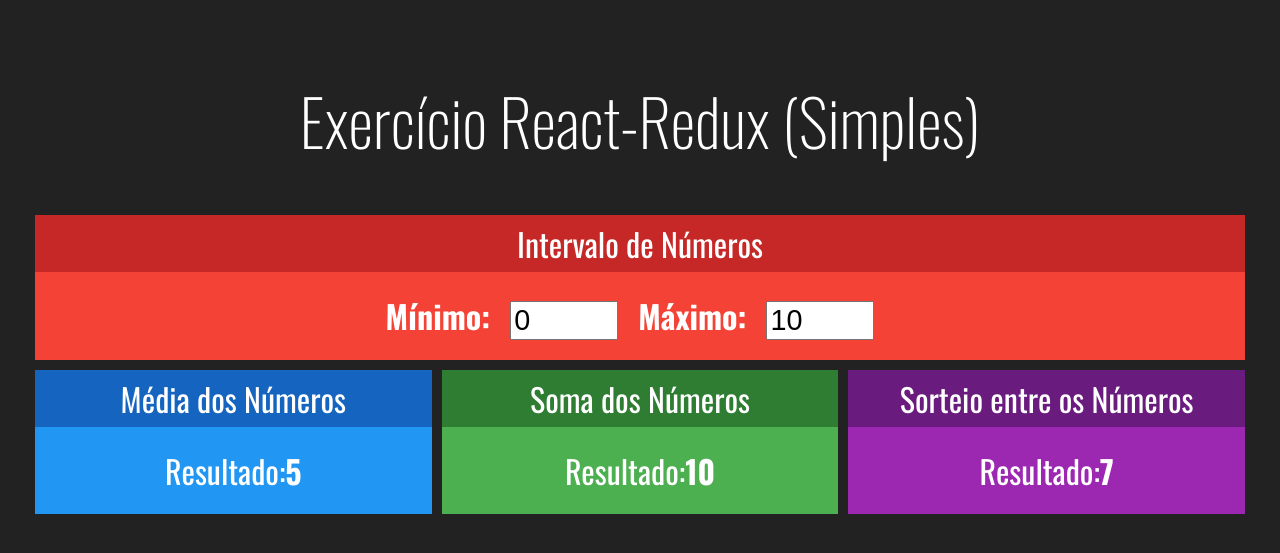
Repository: WellysonP/testando-react-redux
Page: /
An editor plug-in stored every save of this project. The page is shown before and after the next save, followed by the edit.
The browser window is 1280 px wide. The pictures show the whole page.
The project was rebuilt for these pictures with package versions that can differ from the ones it lists, and the page was loaded fresh each time.

Above is the page before, as saved 2023-01-12 18:20:48.

### public/index.html
<!DOCTYPE html>
<html lang="en">
  <head>
    <link rel="preconnect" href="https://fonts.googleapis.com">
<link rel="preconnect" href="https://fonts.gstatic.com" crossorigin>
<link href="https://fonts.googleapis.com/css2?family=Oswald:wght@200;300;400;500;600;700&display=swap" rel="stylesheet">
    <meta charset="utf-8" />
    <link rel="icon" href="%PUBLIC_URL%/favicon.ico" />
    <meta name="viewport" content="width=device-width, initial-scale=1" />
    <meta name="theme-color" content="#000000" />
    <meta
      name="description"
      content="Web site created using create-react-app"
    />
    <link rel="apple-touch-icon" href="%PUBLIC_URL%/logo192.png" />
    <!--
      manifest.json provides metadata used when your web app is installed on a
      user's mobile device or desktop. See https://developers.google.com/web/fundamentals/web-app-manifest/
    -->
    <link rel="manifest" href="%PUBLIC_URL%/manifest.json" />
    <!--
      Notice the use of %PUBLIC_URL% in the tags above.
      It will be replaced with the URL of the `public` folder during the build.
      Only files inside the `public` folder can be referenced from the HTML.

      Unlike "/favicon.ico" or "favicon.ico", "%PUBLIC_URL%/favicon.ico" will
      work correctly both with client-side routing and a non-root public URL.
      Learn how to configure a non-root public URL by running `npm run build`.
    -->
    <title>React App</title>
  </head>
  <body>
    <noscript>You need to enable JavaScript to run this app.</noscript>
    <div id="root"></div>
    <!--
      This HTML file is a template.
      If you open it directly in the browser, you will see an empty page.

      You can add webfonts, meta tags, or analytics to this file.
      The build step will place the bundled scripts into the <body> tag.

      To begin the development, run `npm start` or `yarn start`.
      To create a production bundle, use `npm run build` or `yarn build`.
    -->
  </body>
</html>

### src/index.css
body{
  background-color: #222;
  font-size: 2rem;
  font-family: Oswald;
  color: #fff;
  margin: 30px;
}

### src/App.js
import './App.css';
import Intervalo from './components/Intervalo';
import Media from './components/Media';
import Soma from './components/Soma';
import Sorteio from './components/Sorteio';

function App() {
  return (
    <div className="App">
      <h1>Exercício React-Redux (Simples)</h1>
      <div className='linha'>
        <Intervalo></Intervalo>
      </div>
      <div className='linha'>
        <Media minimo={1} maximo={10}></Media>
        <Soma minimo={1} maximo={10}></Soma>
        <Sorteio minimo={1} maximo={10}></Sorteio>
      </div>
    </div>
  );
}

export default App;

### src/App.css
.App{
  display: flex;
  flex-direction: column;
  text-align: center;
}

h1{
  font-weight: 200;
}

.linha{
  display: flex;
}

### src/components/Intervalo.jsx
import Card from "./Card"
import "./Intervalo.css"


export default props => {
    return (
        <Card title="Intervalo de Números" red>
            <div className="Intervalo">
                <span>
                    <strong>Mínimo:</strong>
                    <input type="number" value={0} />
                </span>
                <span>
                    <strong>Máximo:</strong>
                    <input type="number" value={10} />
                </span>
            </div>
        </Card>
    )
}

### src/components/Media.jsx
import Card from "./Card"

export default props => {
    return (
        <Card title="Média dos Números" blue>
            <div>
                <span>
                    <span>Resultado:</span>
                    <strong>5</strong>
                </span>
            </div>
        </Card>
    )
}

### src/components/Soma.jsx
import Card from "./Card"

export default props => {
    return (
        <Card title="Soma dos Números" green>
            <div>
                <span>
                    <span>Resultado:</span>
                    <strong>10</strong>
                </span>
            </div>
        </Card>
    )
}

### src/components/Sorteio.jsx
import Card from "./Card"

export default props => {
    return (
        <Card title="Sorteio entre os Números" purple>
            <div>
                <span>
                    <span>Resultado:</span>
                    <strong>7</strong>
                </span>
            </div>
        </Card>
    )
}

### src/components/Card.jsx
import "./Card.css"

function getColor(props){
    if(props.red) return "Red"
    if(props.green) return "Green"
    if(props.blue) return "Blue"
    if(props.purple) return "Purple"
    return""
}

export default props => {
    return (
        <div className={`Card ${getColor(props)}`}>
            <div className="Header">
                <span className="Title">{props.title}</span>
            </div>
            <div className="Content">
                {props.children}
            </div>
        </div>
    )
}

### src/components/Intervalo.css
.Intervalo input{
    font-size: 1.8rem;
    margin-left: 20px;
    margin-right: 20px;
    width: 100px;
}

### src/components/Card.css
.Card{
    flex: 1;
    display: flex;
    flex-direction: column;
    margin: 5px;
}

.Card .Header{
    display: flex;
    flex-direction: row;
    justify-content: center;
}

.Card .Header .Title{
    flex: 1;
    padding: 5px;
}

.Card .Content{
    padding: 20px;
}

.Card.Red .Header{ color: #fff; background-color: #c62828;}
.Card.Red .Content{ color: #fff; background-color: #f44336;}

.Card.Green .Header{ color: #fff; background-color: #2e7d32;}
.Card.Green .Content{ color: #fff; background-color: #4caf50;}

.Card.Blue .Header{ color: #fff; background-color: #1565c0;}
.Card.Blue .Content{ color: #fff; background-color: #2196f3;}

.Card.Purple .Header{ color: #fff; background-color: #6A1B7e;}
.Card.Purple .Content{ color: #fff; background-color: #9c27b0;}

Loaded but not shown: src/index.js (common file); src/reportWebVitals.js (common file)

After the next save:
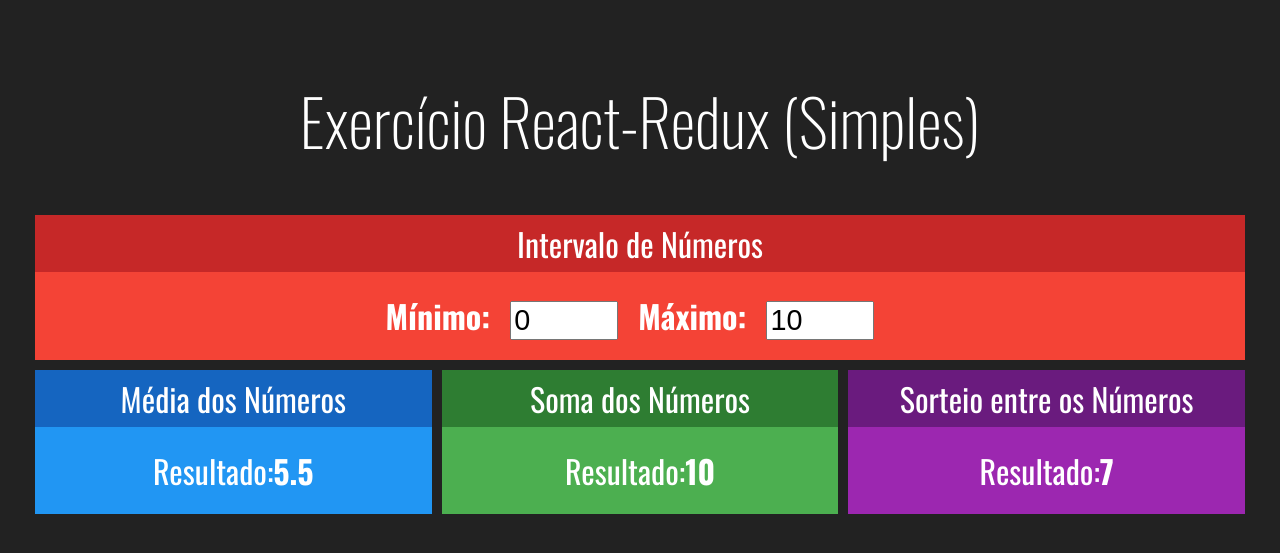
Saved 77 s later.
--- a/src/components/Media.jsx
+++ b/src/components/Media.jsx
@@ -6,7 +6,7 @@ export default props => {
             <div>
                 <span>
                     <span>Resultado:</span>
-                    <strong>5</strong>
+                    <strong>{(props.maximo + props.minimo)/2}</strong>
                 </span>
             </div>
         </Card>

After the save that followed:
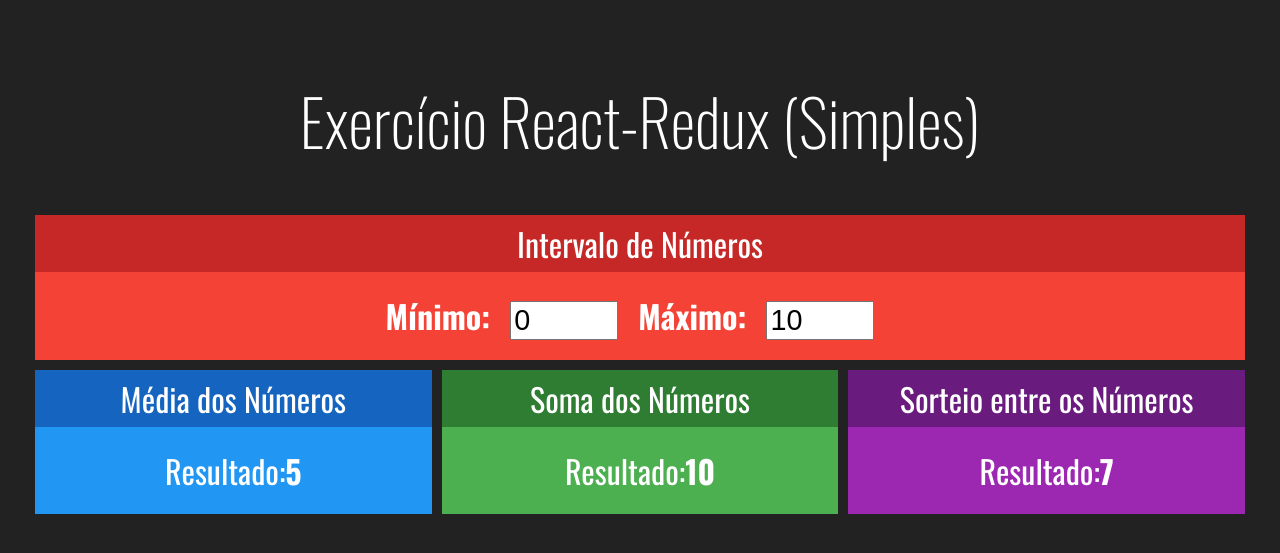
Saved 17 s later.
--- a/src/App.js
+++ b/src/App.js
@@ -12,9 +12,9 @@ function App() {
         <Intervalo></Intervalo>
       </div>
       <div className='linha'>
-        <Media minimo={1} maximo={10}></Media>
-        <Soma minimo={1} maximo={10}></Soma>
-        <Sorteio minimo={1} maximo={10}></Sorteio>
+        <Media minimo={0} maximo={10}></Media>
+        <Soma minimo={0} maximo={10}></Soma>
+        <Sorteio minimo={0} maximo={10}></Sorteio>
       </div>
     </div>
   );
